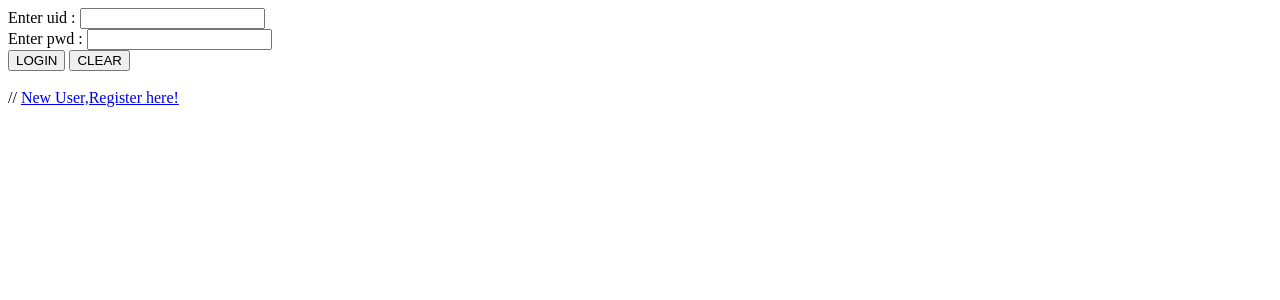
Repository: tushar-TD/Adv_java
Page: http://localhost/Shopping_App/Login.jsp
An editor plug-in stored every save of this project. The page is shown before and after the next save, followed by the edit.
The browser window is 1280 px wide. The pictures show the whole page.
The page is served by Tomcat 9.

Above is the page before, as saved 2023-07-06 05:29:07.

After the next save:
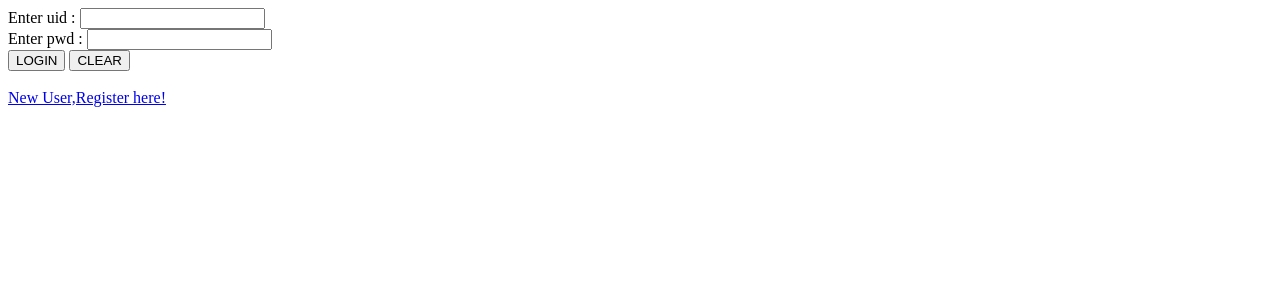
Saved 40 min 37 s later.
--- a/Shopping_App/src/main/webapp/Login.jsp
+++ b/Shopping_App/src/main/webapp/Login.jsp
@@ -17,7 +17,7 @@ ${cookie.loginerror.value}
 		<input type="reset" value="CLEAR" />
 	</form>
 	<br/>
-//	<a href="http://localhost:8080/Shopping_App">New User,Register here!</a>
+	<a href="http://localhost:8080/Shopping_App">New User,Register here!</a>
 
 </body>
 </html>
